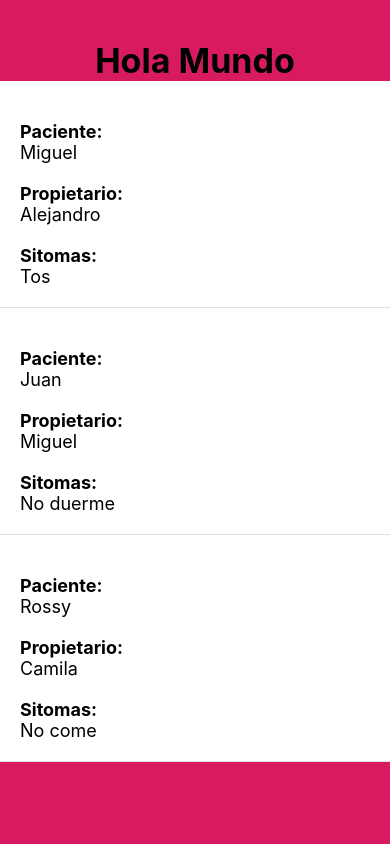
Repository: AleMicky/citas
Screen: /
The author's editor kept a copy of each file at every save. The screen is drawn from the files as they stood at one save, then again after the next save.
The app was drawn by React Native's web renderer in a window 390 px wide. The project was rebuilt for these pictures with package versions that can differ from the ones it lists, and the page was loaded fresh each time.

Above is the screen before, as saved 2020-06-27 00:31:08.

After the next save:
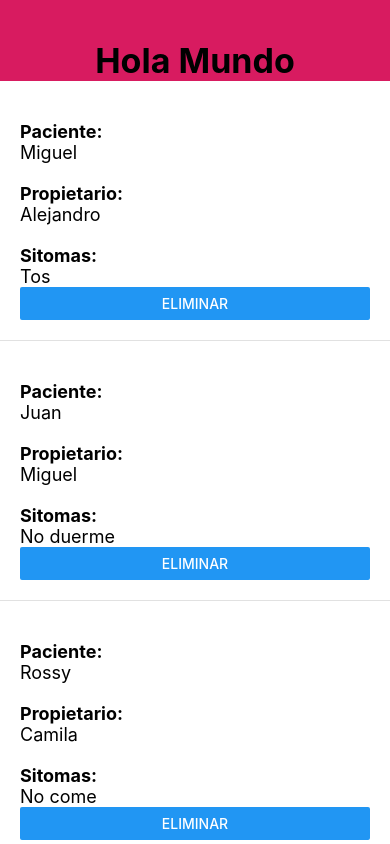
Saved 79 s later.
--- a/src/components/Cita.js
+++ b/src/components/Cita.js
@@ -1,5 +1,5 @@
 import React from 'react';
-import { Text, StyleSheet, View } from 'react-native';
+import { Text, StyleSheet, View, Button } from 'react-native';
 
 const Cita = ({ item }) => {
 
@@ -18,6 +18,7 @@ const Cita = ({ item }) => {
                 <Text style={styles.lebel}>Sitomas: </Text>
                 <Text style={styles.texto}>{sitomas}</Text>
             </View>
+            <Button title = 'Eliminar'/>
         </View>
     );
 }
